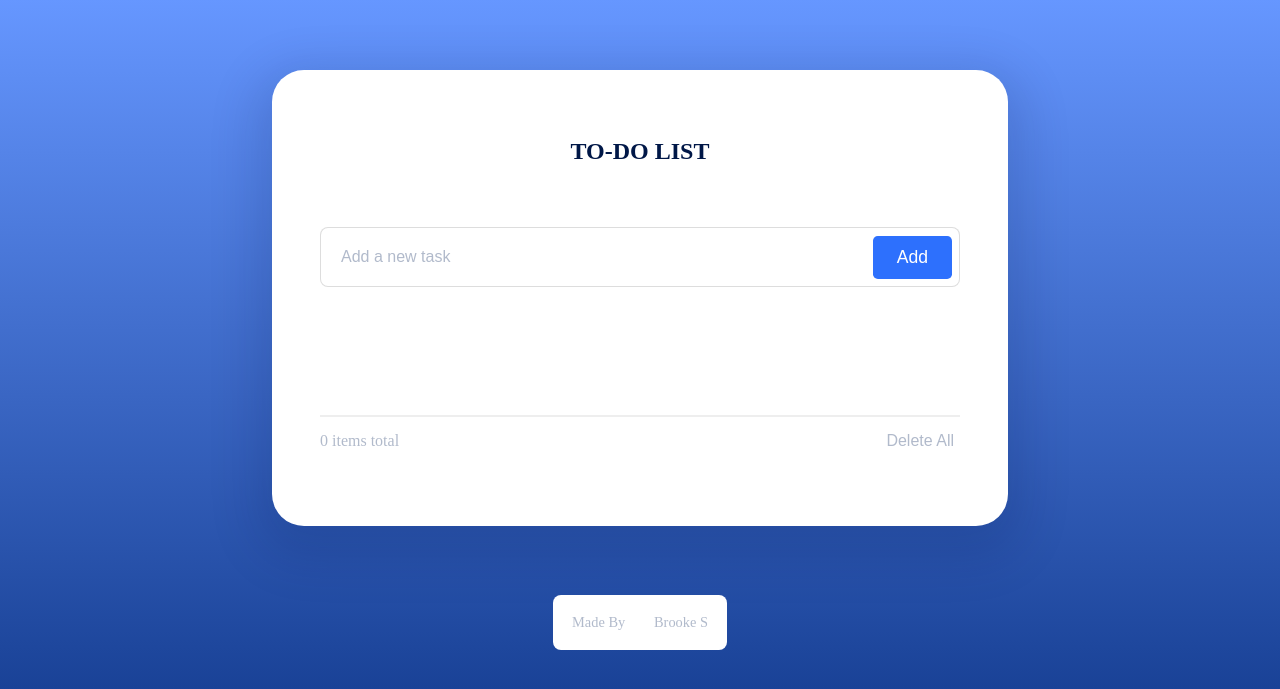
Repository: Bsharpenski/mini-movi-list
Page: workshop/fund3/index.html
The author's editor kept a copy of each file at every save. The page is drawn from the files as they stood at one save, then again after the next save.
The browser window is 1280 px wide. The pictures show the whole page.

Above is the page before, as saved 2025-02-04 20:46:50.

After the next save:
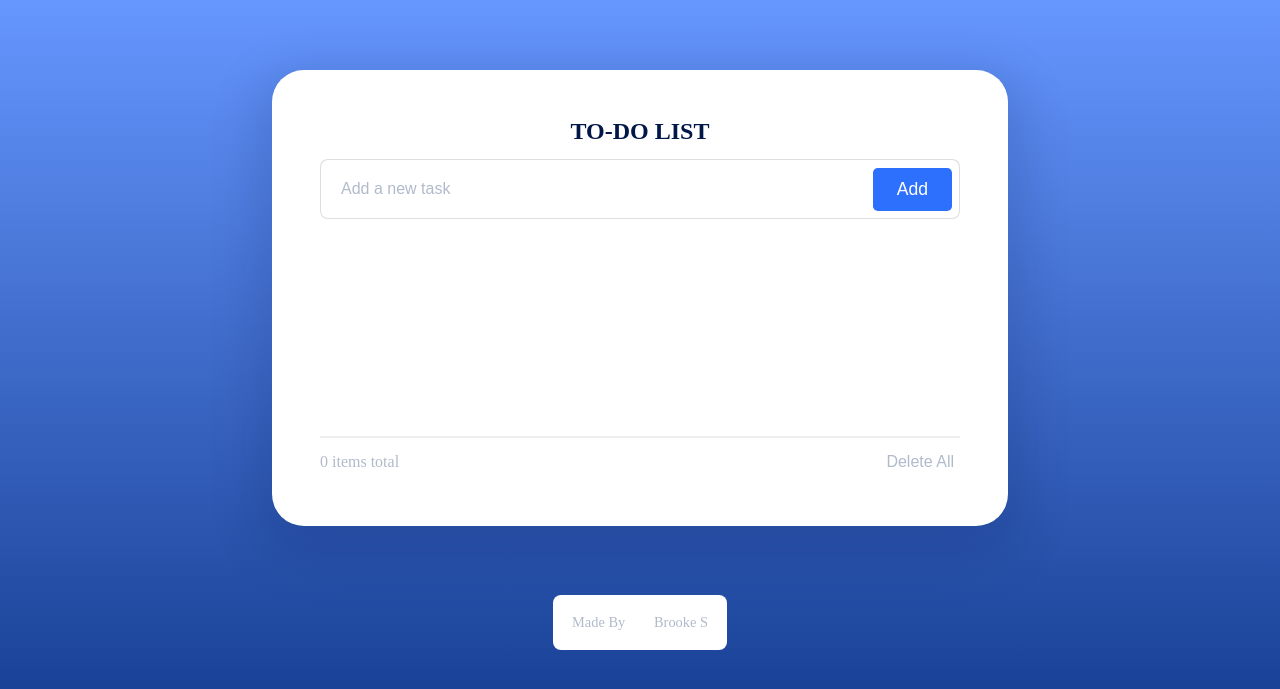
Saved 12 min 41 s later.
--- a/workshop/fund3/index.html
+++ b/workshop/fund3/index.html
@@ -1,11 +1,11 @@
 <!DOCTYPE html>
 <html lang="en">
 <head>
+    <meta charset="UTF-8">
+    <meta name="viewport" content="width=device-width, initial-scale=1.0">
     <title>To-Do List</title>
     <link rel="stylesheet" href="./style.css">
-    <meta charset="UTF-8">
-    <meta name="viewport" content="width=device-width, initial-scale=1.0">
-
+    <script src="./index.js" defer></script>
 </head>
 <body>
         <section class="todo">
@@ -16,10 +16,10 @@
                 class="input-field"
                 id="todoInput"
                 placeholder="Add a new task"
-                />
-                <button class="btn">Add</button>
+            />
+            <button class="btn">Add</button>
         </div>
-        <ul>
+        <ul class="scroll">
             <li id="todoList"></li>
         </ul>
         <div>
@@ -36,6 +36,5 @@
         <p class="author">Brooke S</p>
     </div>
    </footer>
-    <script src="./index.js"></script>
 </body>
 </html>
--- a/workshop/fund3/index.js
+++ b/workshop/fund3/index.js
@@ -1 +1,2 @@
 console.log('My code is running')
+//retrieve to do from local storage or init empty array
